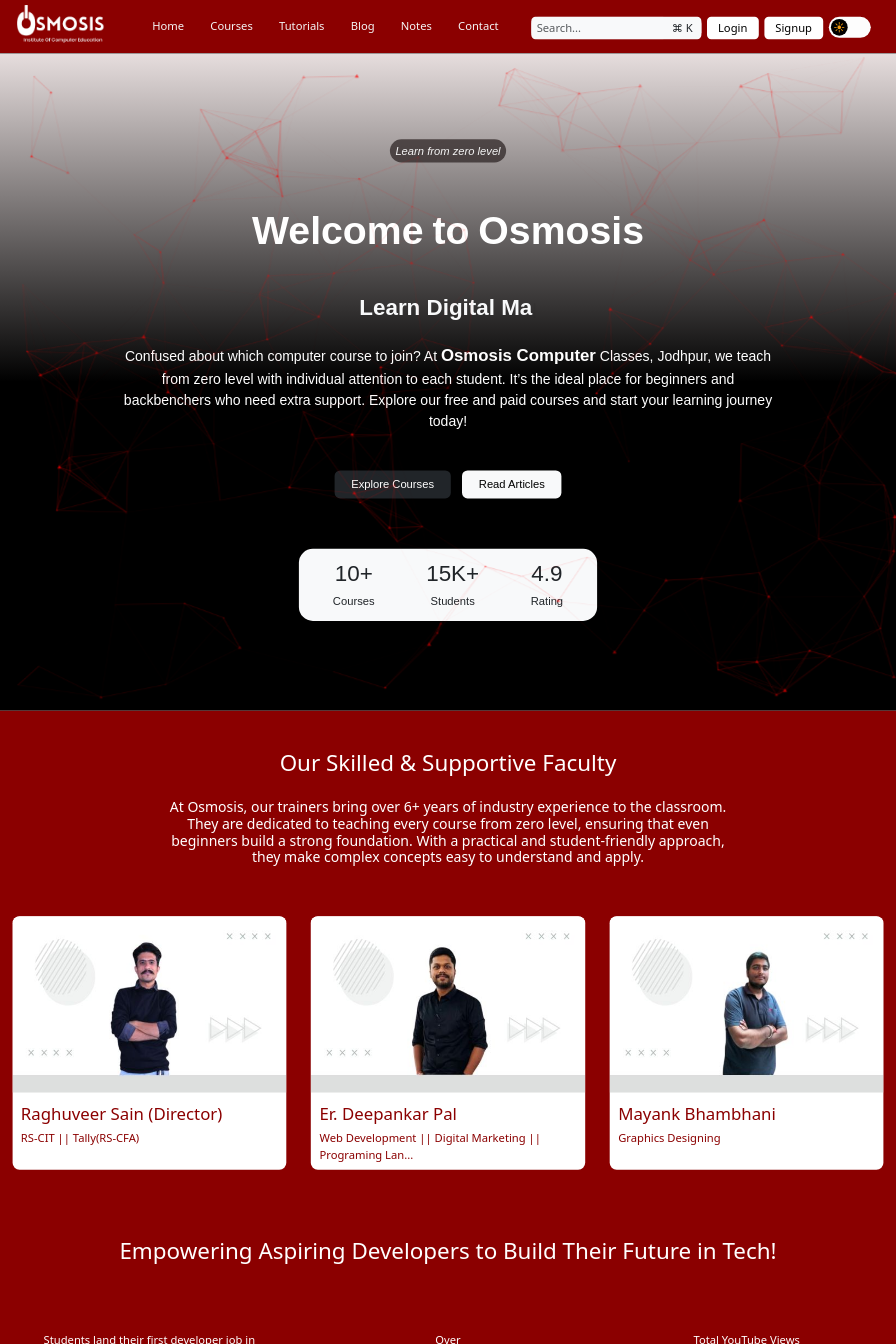
Repository: samriidhpandey/osmosis
Page: /
These files come from the project's save history. The page is drawn as it stood at one moment and after the next save; the edit follows.
The browser window is 1280 px wide. The pictures show the part of the page from y = 0 to 1920 px (the page is 4511 px tall), at 70% of full size.
The project was rebuilt for these pictures with package versions that can differ from the ones it lists, and the page was loaded fresh each time. Also part of the build but not shown: vite.config.js, src/Component2/Courses.jsx, src/component3/Tutorial.jsx, src/Component4/Contact.jsx, src/Component4/Login.jsx, src/Component4/Signup.jsx, src/Tutorial-html/Introduction/HTMLIntroduction.jsx, src/Tutorial-html/Homehtml.jsx and 96 more. Imported but missing from the stored project, and not drawn on this page: src/Images/final-app-on-mobile.mp4, src/Images/final-app-on-pc.mp4, src/Images/open-terminals.mp4, src/Images/python-location.mp4.

Above is the page before, as saved 2025-07-21 17:45:45.

After the next save:
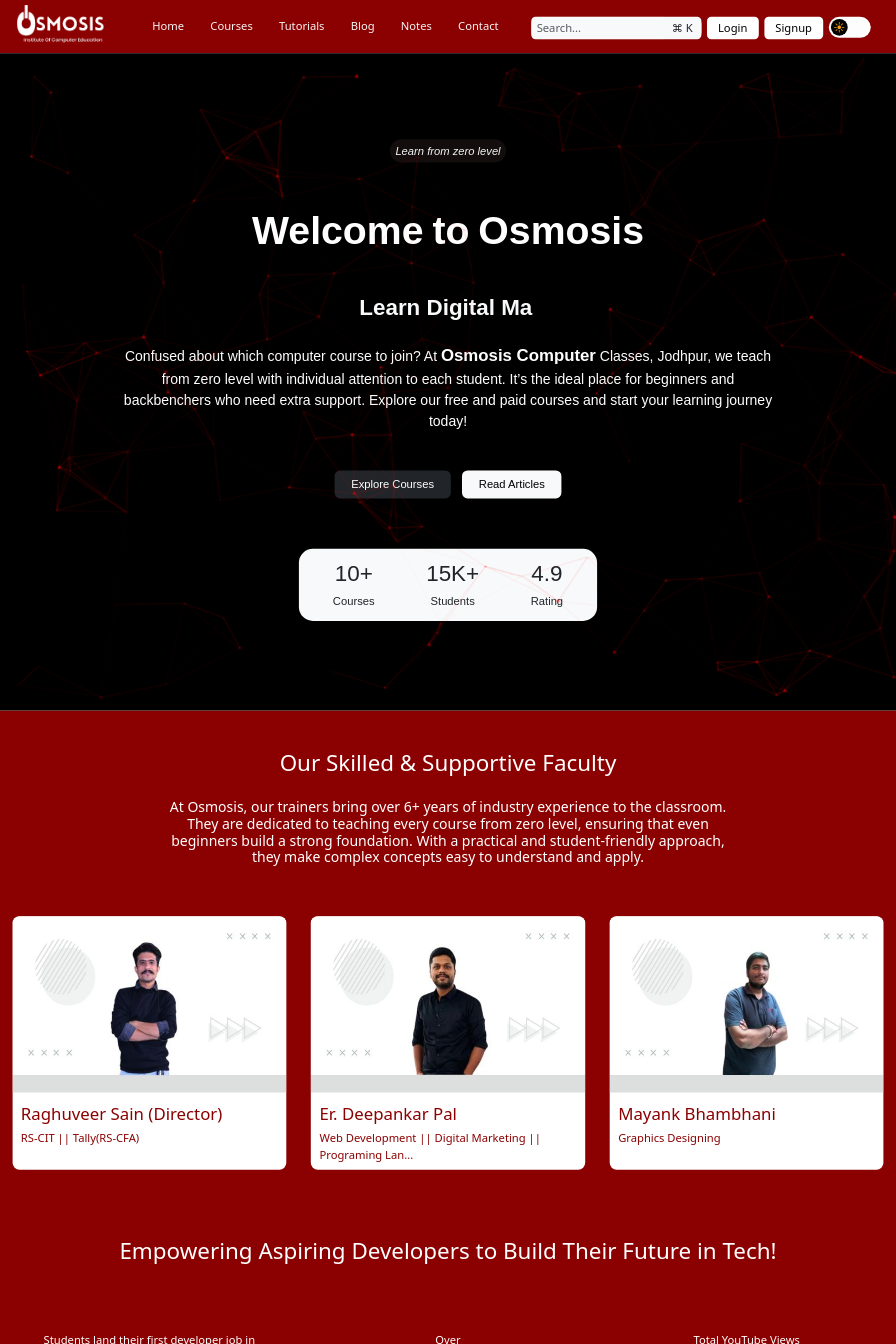
Saved 15 s later.
--- a/src/RedHero.jsx
+++ b/src/RedHero.jsx
@@ -8,9 +8,9 @@
   const overlayStyle = {
       paddingTop: '10%',
       paddingBottom: '10%',
-      background: isDark
-        ? 'linear-gradient(rgba(235, 226, 226, 0.98), rgba(0,0,0,0.5), rgba(0,0,0,0.5))'
-        : 'linear-gradient(rgba(245, 240, 240, 1), rgba(255,0,0,0.5), rgba(255,0,0,0.5))',
+      // background: isDark
+      //   ? 'linear-gradient(rgba(235, 226, 226, 0.98), rgba(0,0,0,0.5), rgba(0,0,0,0.5))'
+      //   : 'linear-gradient(rgba(245, 240, 240, 1), rgba(255,0,0,0.5), rgba(255,0,0,0.5))',
 
     };
   useEffect(() => {
